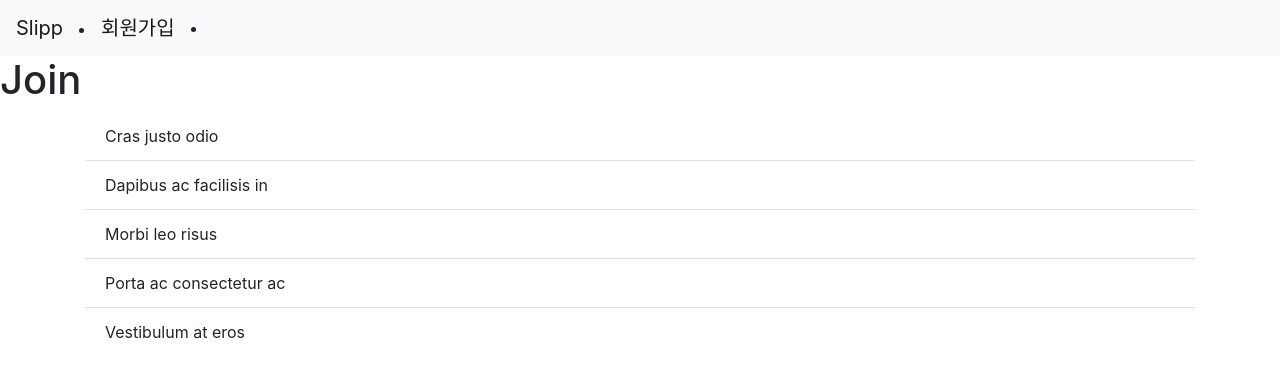
Repository: moonseoklee/SpringbootEx2
Page: my-slipp/src/main/resources/static/list.html
The author's editor kept a copy of each file at every save. The page is drawn from the files as they stood at one save, then again after the next save.
The browser window is 1280 px wide. The pictures show the whole page.

Above is the page before, as saved 2019-08-08 07:34:33.

After the next save:
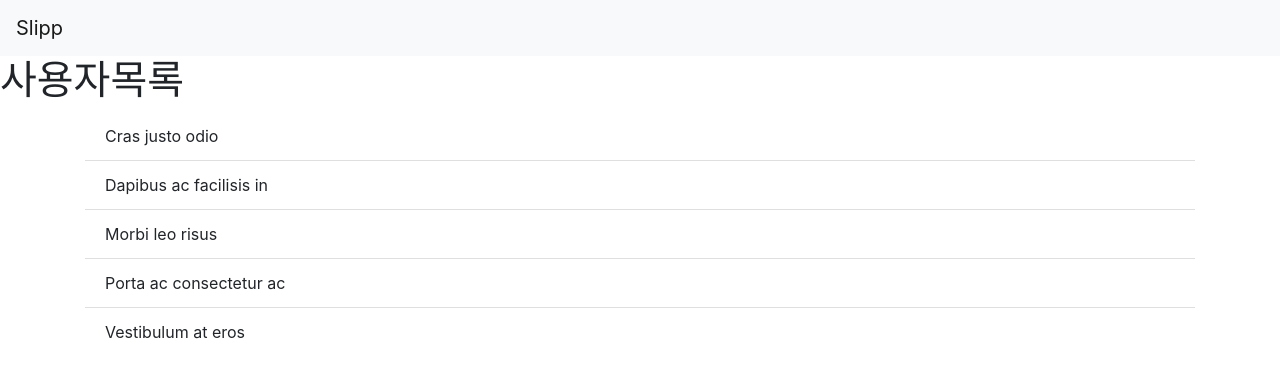
Saved 13 s later.
--- a/my-slipp/src/main/resources/static/list.html
+++ b/my-slipp/src/main/resources/static/list.html
@@ -14,11 +14,9 @@
   <nav class="navbar navbar-expand-lg navbar-light bg-light">
 	  <a class="navbar-brand" href="#">Slipp</a>
 
-   	<div class="collapse navbar-collapse" id="navbarSupportedContent">
-	    <li><a class="navbar-brand" href="/form.html">회원가입</a><li>
-  	</div>
+
   </nav>
-    <h1>Join</h1>
+    <h1>사용자목록</h1>
     <div class="container">
 	<form>
 
